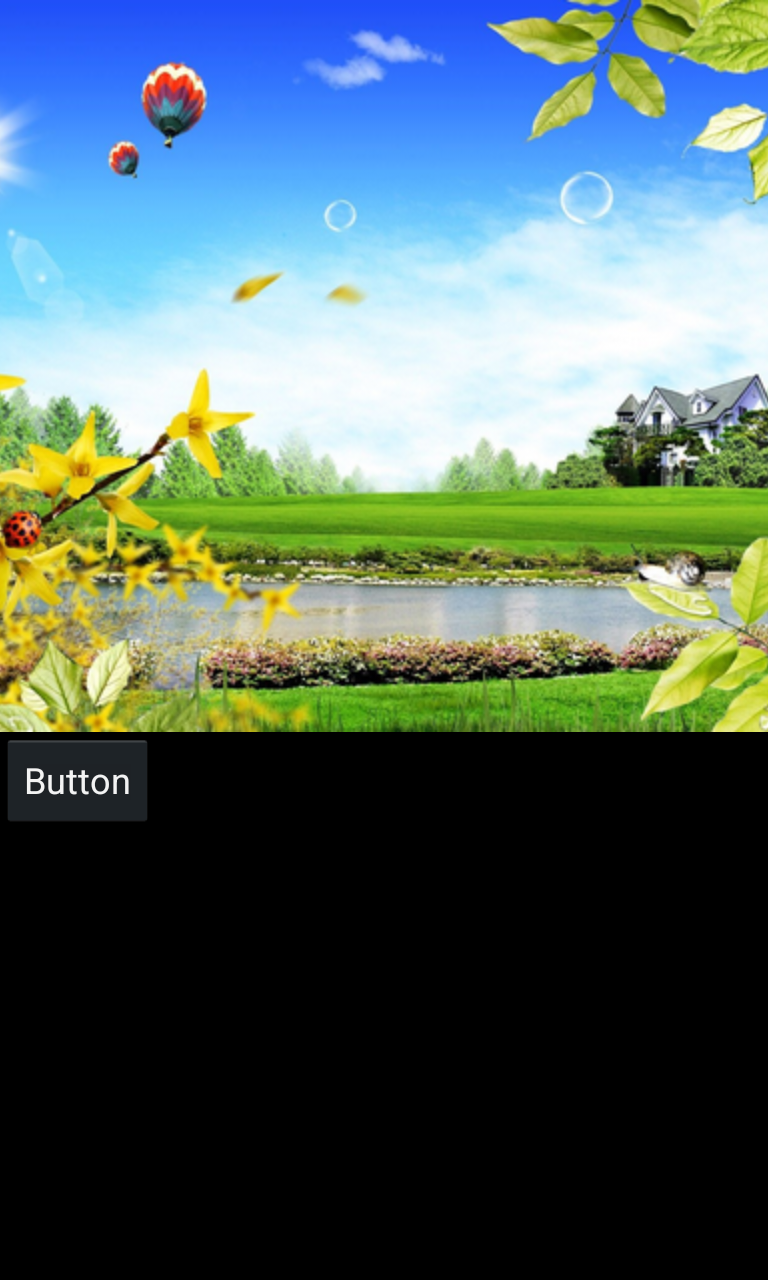
Repository: GuangmingChan/DevelopAndroidApp
Layout: demoImageView/res/layout/main.xml
An editor plug-in stored every save of this project. The layout is shown before and after the next save, followed by the edit.
It is drawn on a 768 x 1280 px phone screen (xhdpi) without system bars, with theme android:Theme.Holo; the app's code is not run.

Above is the layout before, as saved 2017-03-13 07:42:21.

After the next save:
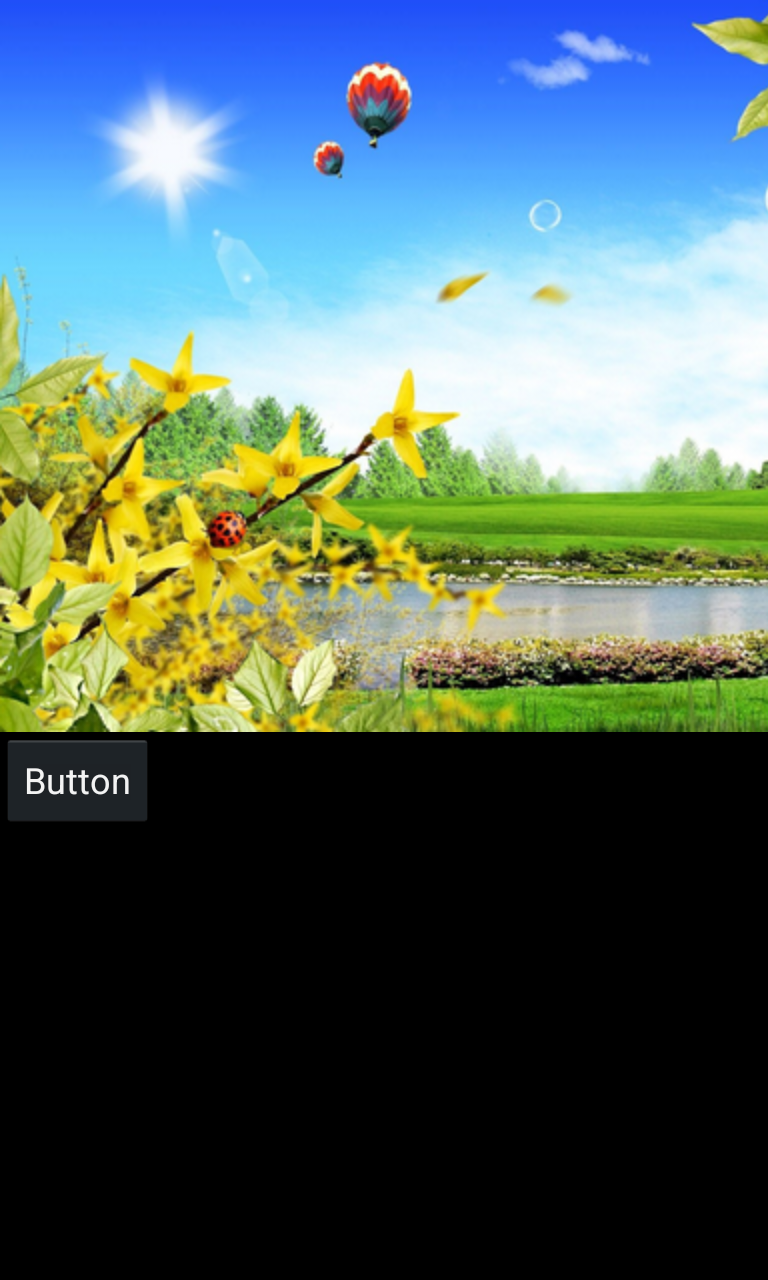
Saved 14 s later.
--- a/demoImageView/res/layout/main.xml
+++ b/demoImageView/res/layout/main.xml
@@ -10,7 +10,7 @@
 
         android:layout_width="wrap_content"
         android:layout_height="wrap_content"
-        android:scaleType="center">
+        android:scaleType="matrix">
     </ImageView>
 
     <Button
